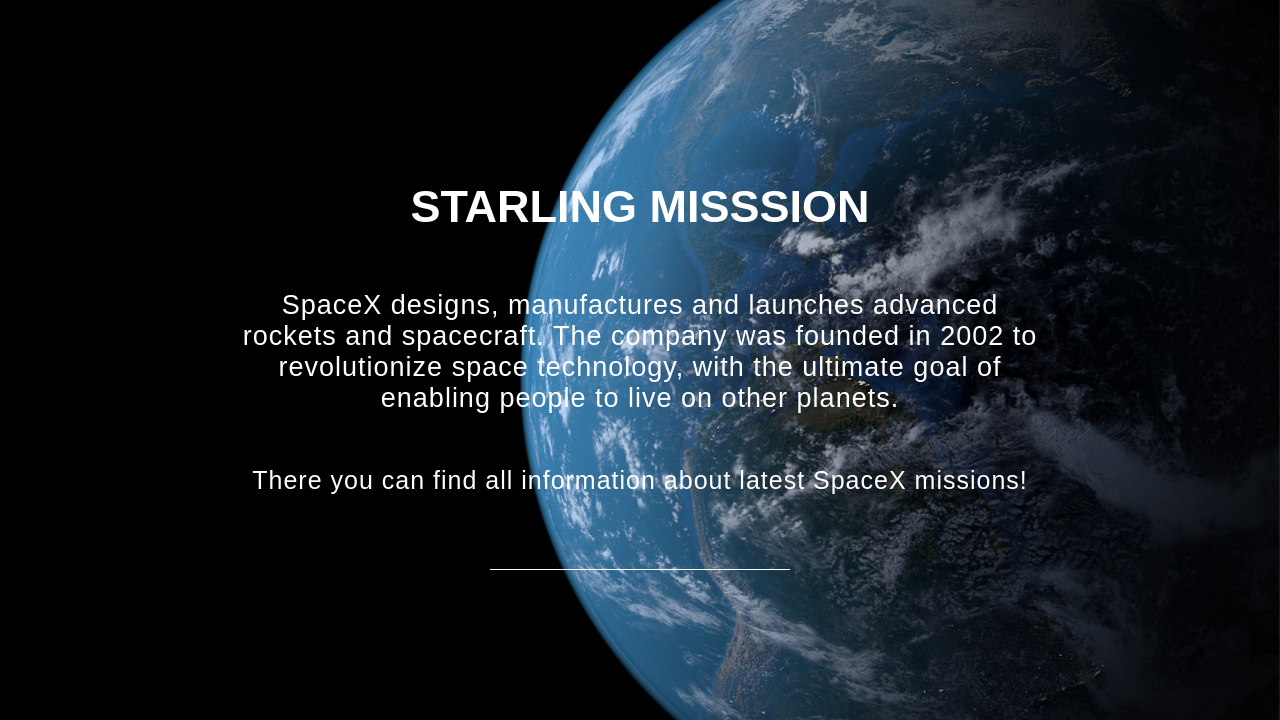
Repository: PJasiczek/vue-shop
Page: /#/
An editor plug-in stored every save of this project. The page is shown before and after the next save, followed by the edit.
The browser window is 1280 px wide. The pictures show the whole page.
Some web fonts or font styles are not loaded; a fallback is used. The project was rebuilt for these pictures with package versions that can differ from the ones it lists, and the page was loaded fresh each time.

Above is the page before, as saved 2020-04-06 18:28:18.

### src/App.vue
<template>
  <div class="wrapper">
    <BackgroundImage/>
    <Claim/>
    <SearchInput/>
  </div>
</template>

<script>

import debounce from 'lodash/debounce';

import Claim from '@/components/Claim.vue';

import SearchInput from '@/components/SearchInput.vue';

import BackgroundImage from '@/components/BackgroundImage.vue';

const axios = require('axios');

const API = 'https://api.spacexdata.com/v3/launches?rocket_name=';

export default {
  name: 'Search',
  components: {
    Claim, SearchInput, BackgroundImage,
  },
  data() {
    return {
      searchValue: '',
      results: [],
    };
  },
  methods: {
    // eslint-disable-next-line
    handleInput: debounce(function() {
      axios.get(`${API}${this.searchValue}`)
        .then((response) => {
          this.results = response.data;
          console.log(response.data);
        }).catch((error) => {
          console.log(error);
        });
    }, 500),
  },
};
</script>

<style lang="scss">
  @import url('https://fonts.googleapis.com/css2?family=Baloo+Thambi+2:wght@400;500;600;700;800&display=swap');
  *{
    box-sizing: border-box;
    -webkit-font-smoothing: antialiased;
    -moz-osx-font-smoothing: grayscale;
  }

  body{
    margin: 0;
    padding: 0;
    font-family: 'Baloo Thambi 2', sans-serif;
  }
  .wrapper{
    display: flex;
    width: 100%;
    min-height: 100vh;
    flex-direction: column;
    justify-content: center;
    align-items: center;
    margin: 0;
    padding: 30px;
  }

</style>

### src/components/Claim.vue
<template>
  <div class="claimWrapper">
      <h1 class="claim">STARLING MISSSION</h1>
      <p class="subclaim">SpaceX designs, manufactures and launches advanced rockets and spacecraft. The company was founded in 2002 to revolutionize space technology, with the ultimate goal of enabling people to live on other planets.</p>
      <p class="subclaim">There you can find all information about latest SpaceX missions!</p>
  </div>
</template>

<script>
/* eslint-disable eol-last */
export default {
  name: 'Claim',
};
</script>
<style lang="scss" scoped>
.claimWrapper{
    display: flex;
    flex-direction: column;
    justify-content: center;
    align-items: center;
    color: #ffffff;
    text-align: center;

    .claim{
        font-size: 25px;

        @media (min-width: 768px) {
            font-size: 45px;
        }
    }

    .subclaim{

        @media (min-width: 768px) {
            width: 800px;
            letter-spacing: 1px;
        }
    }

    .subclaim:first-of-type{
        font-size: 15px;

        @media (min-width: 768px) {
            font-size: 27px;
            font-weight: 200;
        }
    }

    .subclaim:last-of-type{
        font-size: 16px;

        @media (min-width: 768px) {
            font-size: 25px;
            font-weight: 200;
        }
    }
}

</style>

### src/components/SearchInput.vue
<template>
    <div class="searchWrapper">
      <input id="search" name="search" v-model="searchValue" @input="handleInput"/>
    </div>
</template>

<script>
/* eslint-disable eol-last */
export default {
  name: 'SearchInput',
};
</script>

<style lang="scss" scoped>
.searchWrapper{
  display: flex;
  flex-direction: column;
  align-items: center;

  input{
    height: 50px;
    border: 0;
    text-align: center;
    color: #ffffff;
    font-family: 'Baloo Thambi 2', sans-serif;
    border-bottom: 1px solid #ffffff;
    background: none;
    transition: width .25s ease-in-out;
    font-size: 14px;

    @media (min-width: 768px) {
        font-size: 23px;
        border-bottom: 1.5px solid #ffffff;
    }
  }

  input:focus{
      outline: none;
      width: 150%;
  }
}
</style>

### src/components/BackgroundImage.vue
<template>
  <div class="backgroudImage"/>
</template>

<script>
/* eslint-disable eol-last */
export default {
  name: 'BackgroudImage',
};
</script>
<style lang="scss" scoped>
.backgroudImage{
    position: fixed;
    top: 0;
    z-index: -1;
    width: 100%;
    height: 100vh;
    background: url('../assets/4.jpg');
    background-repeat: no-repeat;
    background-size: cover;
    background-position: 55% 70%;
}

</style>

Loaded but not shown: public/index.html (common file); src/main.js (common file)

After the next save:
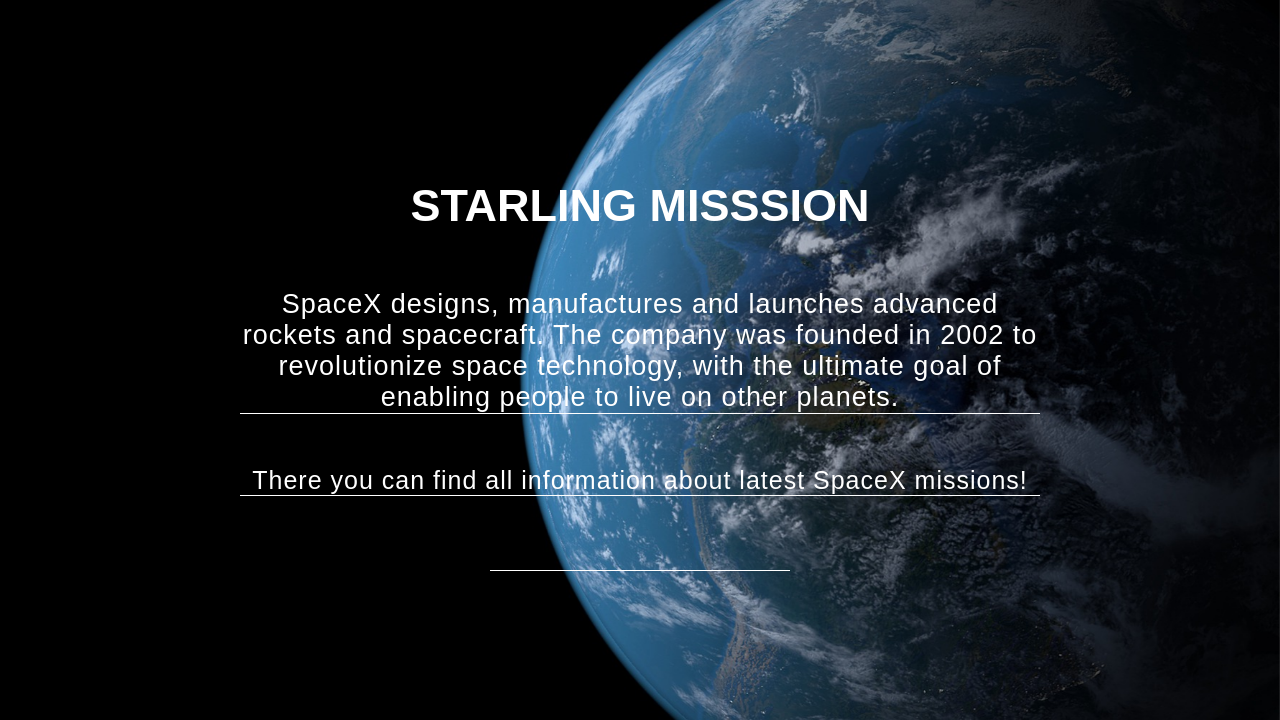
Saved 108 s later.
--- a/src/components/Claim.vue
+++ b/src/components/Claim.vue
@@ -35,6 +35,11 @@
             width: 800px;
             letter-spacing: 1px;
         }
+
+        @media (min-width: 1024px) {
+        font-size: 23px;
+        border-bottom: 1.5px solid #ffffff;
+    }
     }
 
     .subclaim:first-of-type{

After the save that followed:
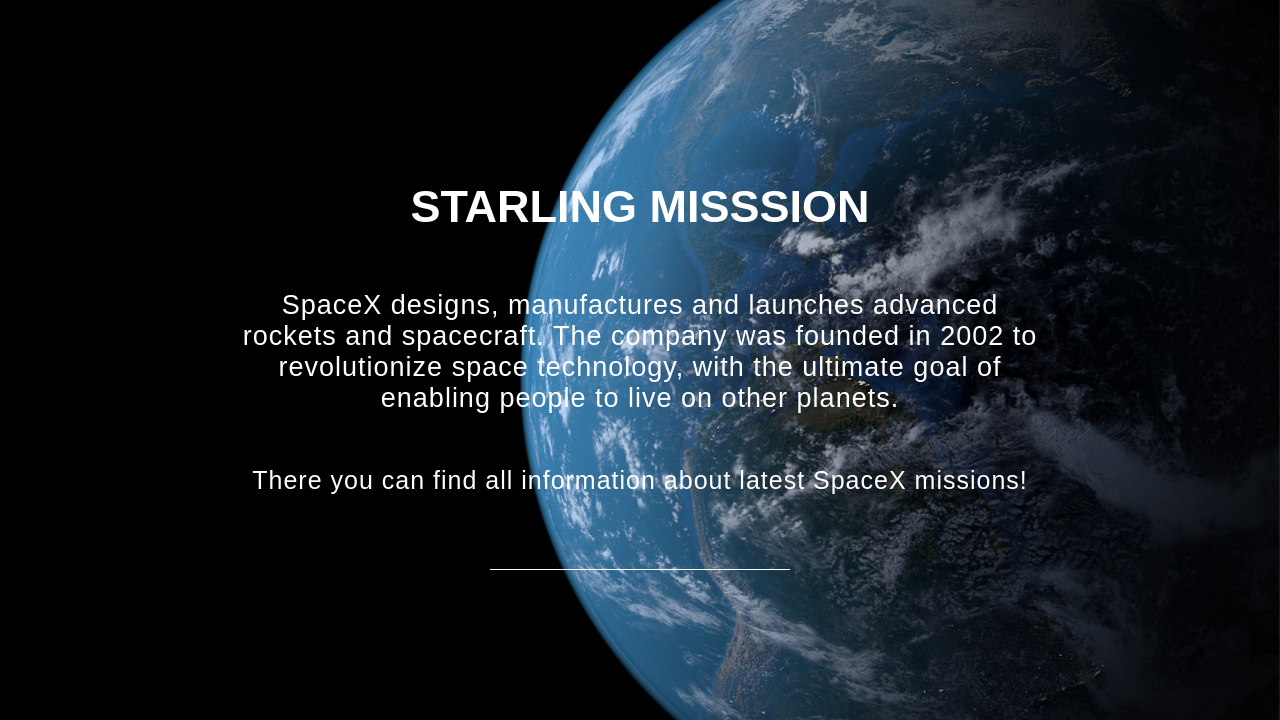
Saved 9 s later.
--- a/src/components/Claim.vue
+++ b/src/components/Claim.vue
@@ -37,9 +37,9 @@
         }
 
         @media (min-width: 1024px) {
-        font-size: 23px;
-        border-bottom: 1.5px solid #ffffff;
-    }
+            width: 800px;
+            letter-spacing: 1px;
+        }
     }
 
     .subclaim:first-of-type{
